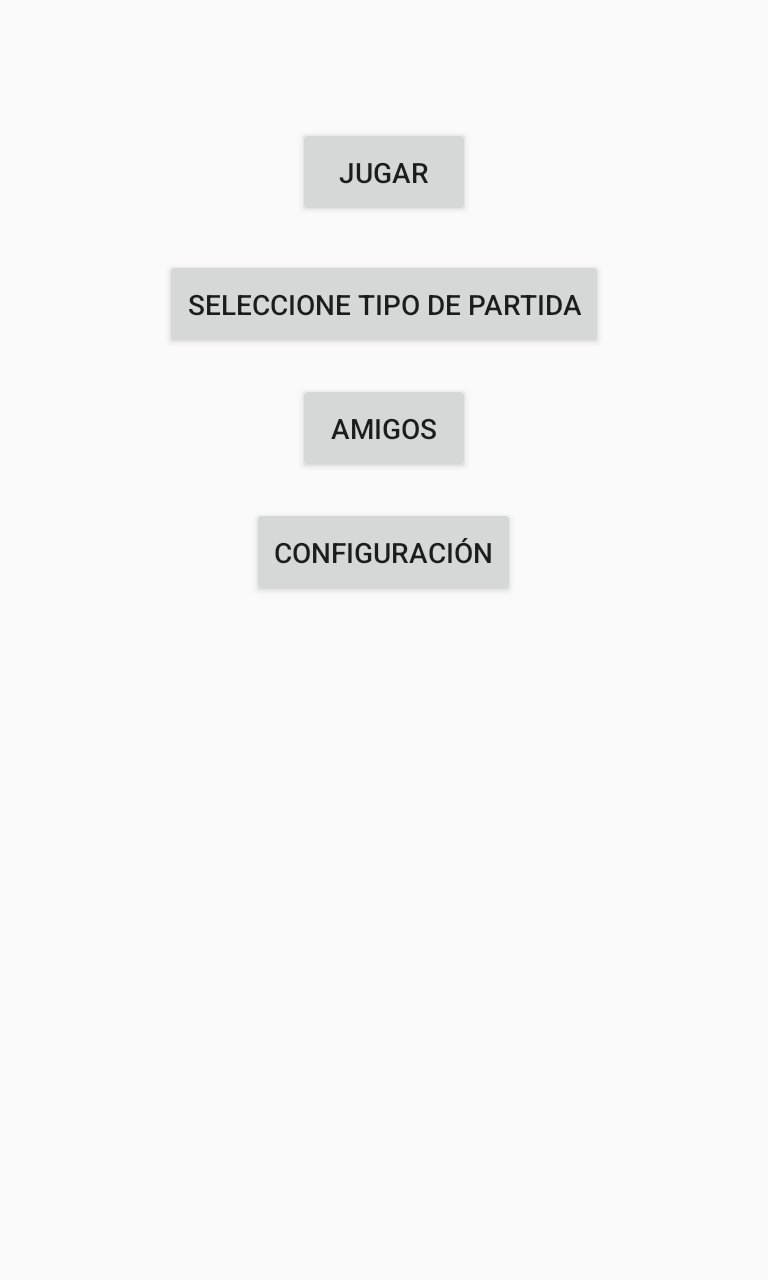
Repository: MVidi/juegos
Layout: SermoJuego/res/layout/pantallamenu.xml
An editor plug-in stored every save of this project. The layout is shown before and after the next save, followed by the edit.
Pictures or frames that could not be fetched are drawn as grey boxes. It is drawn on a 768 x 1280 px phone screen (xhdpi) without system bars, with theme AppTheme; the app's code is not run.

Above is the layout before, as saved 2014-08-11 16:26:13.

After the next save:
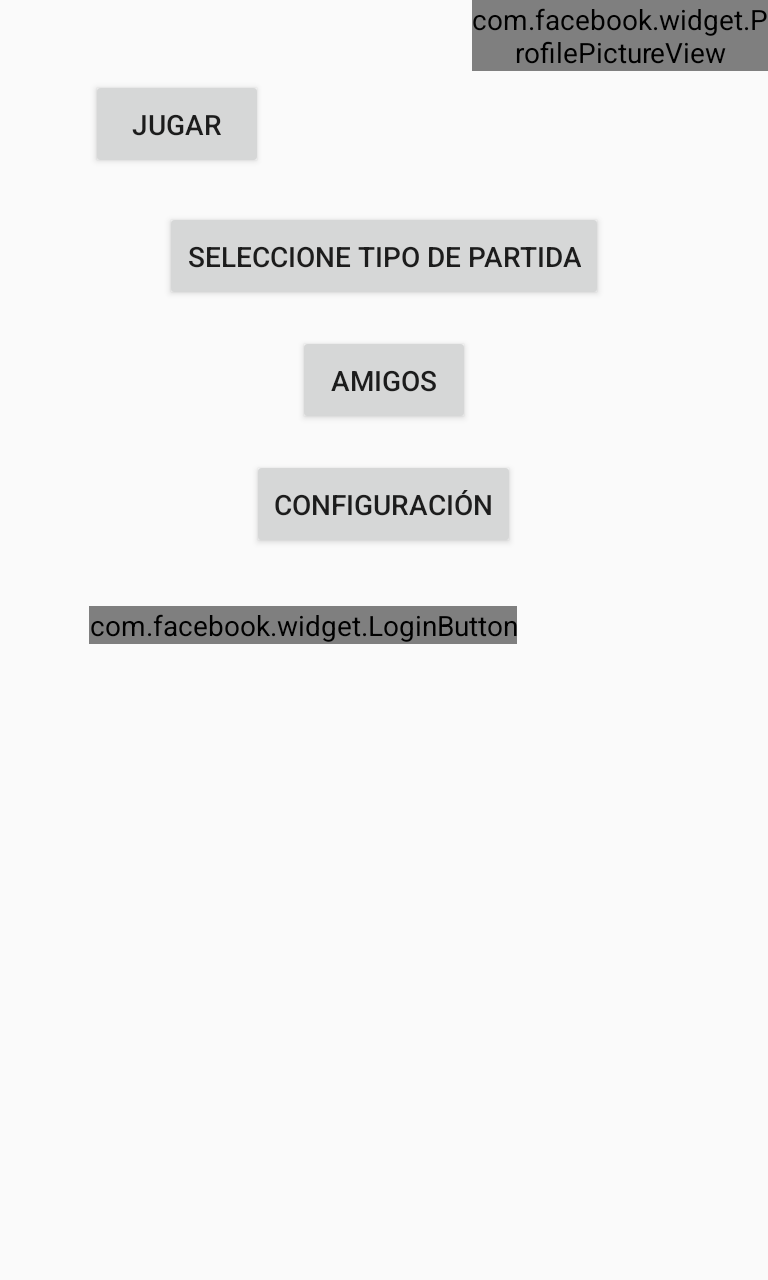
Saved 65 s later.
--- a/SermoJuego/res/layout/pantallamenu.xml
+++ b/SermoJuego/res/layout/pantallamenu.xml
@@ -35,9 +35,27 @@
         android:id="@+id/jugarPM"
         android:layout_width="wrap_content"
         android:layout_height="wrap_content"
-        android:layout_centerHorizontal="true"
-        android:layout_marginTop="62dp"
+        android:layout_alignLeft="@+id/loginButton1"
+        android:layout_alignParentTop="true"
+        android:layout_marginTop="38dp"
         android:onClick="empezarJuego"
         android:text="@string/jugar" />
 
+    <com.facebook.widget.ProfilePictureView
+        android:id="@+id/profilePictureView1"
+        android:layout_width="wrap_content"
+        android:layout_height="wrap_content"
+        android:layout_alignParentTop="true"
+        android:layout_toRightOf="@+id/amigosPM" >
+    </com.facebook.widget.ProfilePictureView>
+
+    <com.facebook.widget.LoginButton
+        android:id="@+id/loginButton1"
+        android:layout_width="wrap_content"
+        android:layout_height="wrap_content"
+        android:layout_alignRight="@+id/configurarPM"
+        android:layout_below="@+id/configurarPM"
+        android:layout_marginTop="27dp"
+        android:text="@string/registrate" />
+
 </RelativeLayout>
